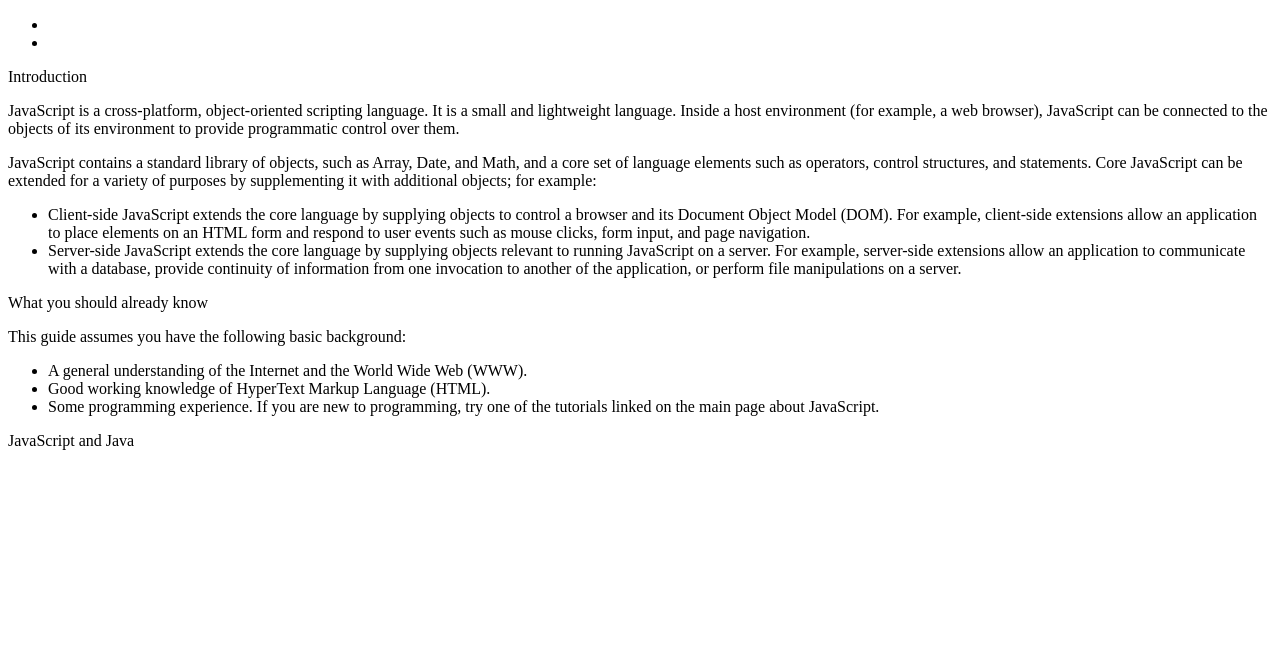
Repository: Lungdjos/technical_document_page_certificate
Page: index.html
The author's editor kept a copy of each file at every save. The page is drawn from the files as they stood at one save, then again after the next save.
The browser window is 1280 px wide. The pictures show the whole page.

Above is the page before, as saved 2023-11-19 22:29:17.

### index.html
<!DOCTYPE html>
<html lang="en">

<head>
    <meta charset="UTF-8">
    <meta name="viewport" content="width=device-width, initial-scale=1.0">
    <title>Technical Document</title>
    <link rel="stylesheet" href="./styles.css">
</head>

<body>
    <nav id="nav-bar">
        <header></header>
        <ul>
            <li></li>
            <li></li>
        </ul>
    </nav>
    <main id="main-doc">
        <section class="main-section" id="Introduction">
            <header id="">Introduction</header>
            <p>JavaScript is a cross-platform, object-oriented scripting language. It is a small and lightweight language. Inside a host environment (for example, a web browser), JavaScript can be connected to the objects of its environment to provide programmatic
                control over them.</p>
            <p>JavaScript contains a standard library of objects, such as Array, Date, and Math, and a core set of language elements such as operators, control structures, and statements. Core JavaScript can be extended for a variety of purposes by supplementing
                it with additional objects; for example:
                <ul>
                    <li>Client-side JavaScript extends the core language by supplying objects to control a browser and its Document Object Model (DOM). For example, client-side extensions allow an application to place elements on an HTML form and respond
                        to user events such as mouse clicks, form input, and page navigation.</li>
                    <li>Server-side JavaScript extends the core language by supplying objects relevant to running JavaScript on a server. For example, server-side extensions allow an application to communicate with a database, provide continuity of information
                        from one invocation to another of the application, or perform file manipulations on a server.</li>
                </ul>
            </p>

        </section>
        <section class="main-section" id="What_you_should_already_know">
            <header id="">What you should already know</header>
            <p>This guide assumes you have the following basic background:
                <ul>
                    <li>A general understanding of the Internet and the World Wide Web (WWW).</li>
                    <li>Good working knowledge of HyperText Markup Language (HTML).</li>
                    <li>Some programming experience. If you are new to programming, try one of the tutorials linked on the main page about JavaScript.</li>
                </ul>
            </p>

        </section>
        <section class="main-section" id="JavaScript_and_Java">
            <header id="">JavaScript and Java</header>
            <p></p>
            <p></p>
            <p></p>
        </section>
        <section class="main-section" id="">
            <header id=""></header>
            <p></p>
            <p></p>
            <p></p>
        </section>
        <section class="main-section" id="">
            <header id=""></header>
            <p></p>
            <p></p>
            <p></p>
        </section>
        <section class="main-section" id="">
            <header id=""></header>
            <p></p>
            <p></p>
            <p></p>
        </section>
        <section class="main-section" id="">
            <header id=""></header>
            <p></p>
            <p></p>
            <p></p>
        </section>
        <section class="main-section" id="">
            <header id=""></header>
            <p></p>
            <p></p>
            <p></p>
        </section>
        <section class="main-section" id="">
            <header id=""></header>
            <p></p>
            <p></p>
            <p></p>
        </section>
        <section class="main-section" id="">
            <header id=""></header>
            <p></p>
            <p></p>
            <p></p>
        </section>
        <section class="main-section" id="">
            <header id=""></header>
            <p></p>
            <p></p>
            <p></p>
        </section>
        <section class="main-section" id="">
            <header id=""></header>
            <p></p>
            <p></p>
            <p></p>
        </section>
        <section class="main-section" id="">
            <header id=""></header>
            <p></p>
            <p></p>
            <p></p>
        </section>
        <section class="main-section" id="">
            <header id=""></header>
            <p></p>
            <p></p>
            <p></p>
        </section>
    </main>
</body>

</html>

### styles.css
/* A technical document page stylings */

After the next save:
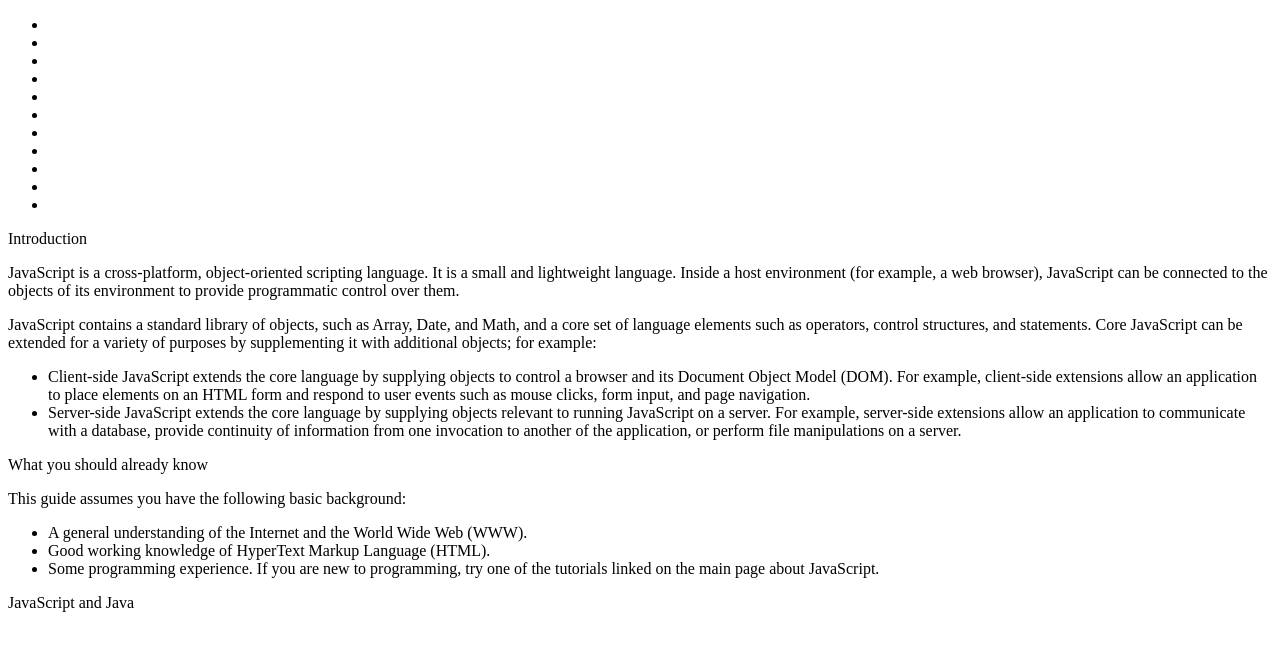
Saved 7 s later.
--- a/index.html
+++ b/index.html
@@ -12,6 +12,15 @@
     <nav id="nav-bar">
         <header></header>
         <ul>
+            <li></li>
+            <li></li>
+            <li></li>
+            <li></li>
+            <li></li>
+            <li></li>
+            <li></li>
+            <li></li>
+            <li></li>
             <li></li>
             <li></li>
         </ul>
